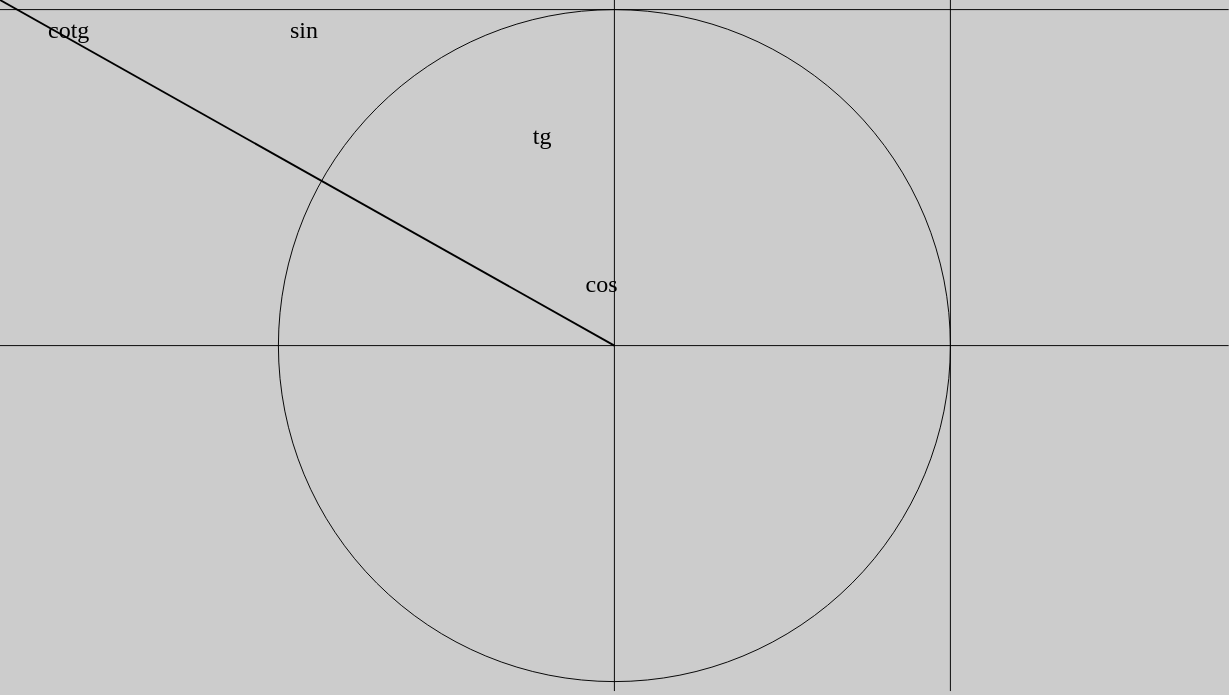
Repository: BraynStorm/braynstorm.github.io
Page: http://localhost/
The author's editor kept a copy of each file at every save. The page is drawn from the files as they stood at one save, then again after the next save.
The browser window is 1280 px wide. The pictures show the whole page, at 96% of full size.
The page is run by PHP 8.4 with error messages shown; the project is at /var/www/html/.

Above is the page before, as saved 2015-02-24 16:14:58.

### JSDrawing/index.php
<!DOCTYPE html>
<html>
	<head>
		<meta charset="UTF-8">
		<title>Insert title here</title>
		<link rel="stylesheet" type="text/css" href="main.css"/>
		<script type="text/javascript" src="js/jquery-2.1.3.min.js"></script>
		<script type="text/javascript" src="js/swgDrawing.js"></script>

	</head>
	<body>
		<div id="content">
			<svg width="1000" height="1000">
				<circle id="mainCircle" cx="300" cy="300" r="250" fill="none" stroke="black" />
				<line x1="300" y1="0" x2="300" y2="600" style="stroke:rgb(0,0,0);stroke-width:1;" id="sinLine" />
				<line x1="0" y1="300" x2="600" y2="300" style="stroke:rgb(0,0,0);stroke-width:1;" id="cosLine" />

				<line x1="550" y1="0" x2="550" y2="600" style="stroke:rgb(0,0,0);stroke-width:1;" id="tgLine" />
				<line x1="0" y1="50" x2="600" y2="50" style="stroke:rgb(0,0,0);stroke-width:1;" id="cotgLine" />

				<text x="610" y="304" style="font-size:25px;">cos</text>
				<text x="302" y="40" style="font-size:25px;">sin</text>
				<text x="555" y="150" style="font-size:25px;">tg</text>
				<text x="50" y="40" style="font-size:25px;">cotg</text>


				<!--  THE ANGLE -->

				<line id="angle" x1="300" y1="300" x2="0" y2="0" style="stroke:rgb(0,0,0);stroke-width:2;" />


			</svg>

			<input type="text" value="30" id="angleBox" />
		</div>
	</body>
</html>

### JSDrawing/main.css
@CHARSET "UTF-8";

body{
	background-color: #CCC;
	padding: 0;
	margin: 0;
	overflow: hidden;
}

svg{
	margin-top: 0px;
}

#angleBox{
	position: fixed;
	bottom: 10px;
}

### JSDrawing/js/swgDrawing.js
$(document).ready(function (){
	var box			= $("#angleBox");
	var beginX		= window.innerWidth/2;
	var beginY		= window.innerHeight/2;


	var radius		= 350;

	var svg			= $('svg');

	var circle		= $('#mainCircle');

	var sinLine 	= $("#sinLine");
	var cosLine		= $("#cosLine");
	var tgLine		= $("#tgLine");
	var cotgLine	= $("#cotgLine");
	var angleArm	= $("#angle");


	svg.css({
		width:  window.innerWidth,
		height: window.innerHeight
	});

	circle.attr({
		cx : beginX,
		cy : beginY,
		r : radius
	});

	sinLine.attr({
		x1: beginX,
		y1: 0,
		x2: beginX,
		y2: window.innerHeight
	});


	cosLine.attr({
		x1: 0,
		y1: beginY,
		x2: window.innerWidth,
		y2: beginY
	});


	tgLine.attr({
		x1: beginX + radius,
		y1: 0,
		x2: beginX + radius,
		y2: window.innerHeight
	});

	cotgLine.attr({
		x1: 0,
		y1: beginY - radius,
		x2: window.innerWidth,
		y2: beginY - radius
	});

	angleArm.attr({
		x1: beginX,
		y1: beginY
	});

	var angle = 0;


	var animator;

	$("#angleBox").keydown(function (){
		var angle = parseInt(box.val());
		var radians = (Math.PI * 2) * (angle % 360) / 360 ;
		angleArm.animate({
			x2: beginX + (Math.cos(radians) * radius),
			y2: beginY - (Math.sin(radians) * radius)
		},500);
	});


	//animateAngle();

	function animateAngle(){
		var toAngle = parseInt(box.val());

		if(angle-toAngle > 0){
			angle -= 1;
		}else if (angle-toAngle < 0){
			angle += 1;
		}else{

		}
		var radians = (Math.PI * 2) * (angle % 360) / 360 ;

		x = beginX + (Math.cos(radians) * radius);
		y = beginY - (Math.sin(radians) * radius);


		angleArm.attr("x2", x);
		angleArm.attr("y2", y);

		animator = setTimeout(animateAngle, 10/Math.abs(angle-toAngle));
	}

});

Loaded but not shown: JSDrawing/js/jquery-2.1.3.min.js (library)

After the next save:
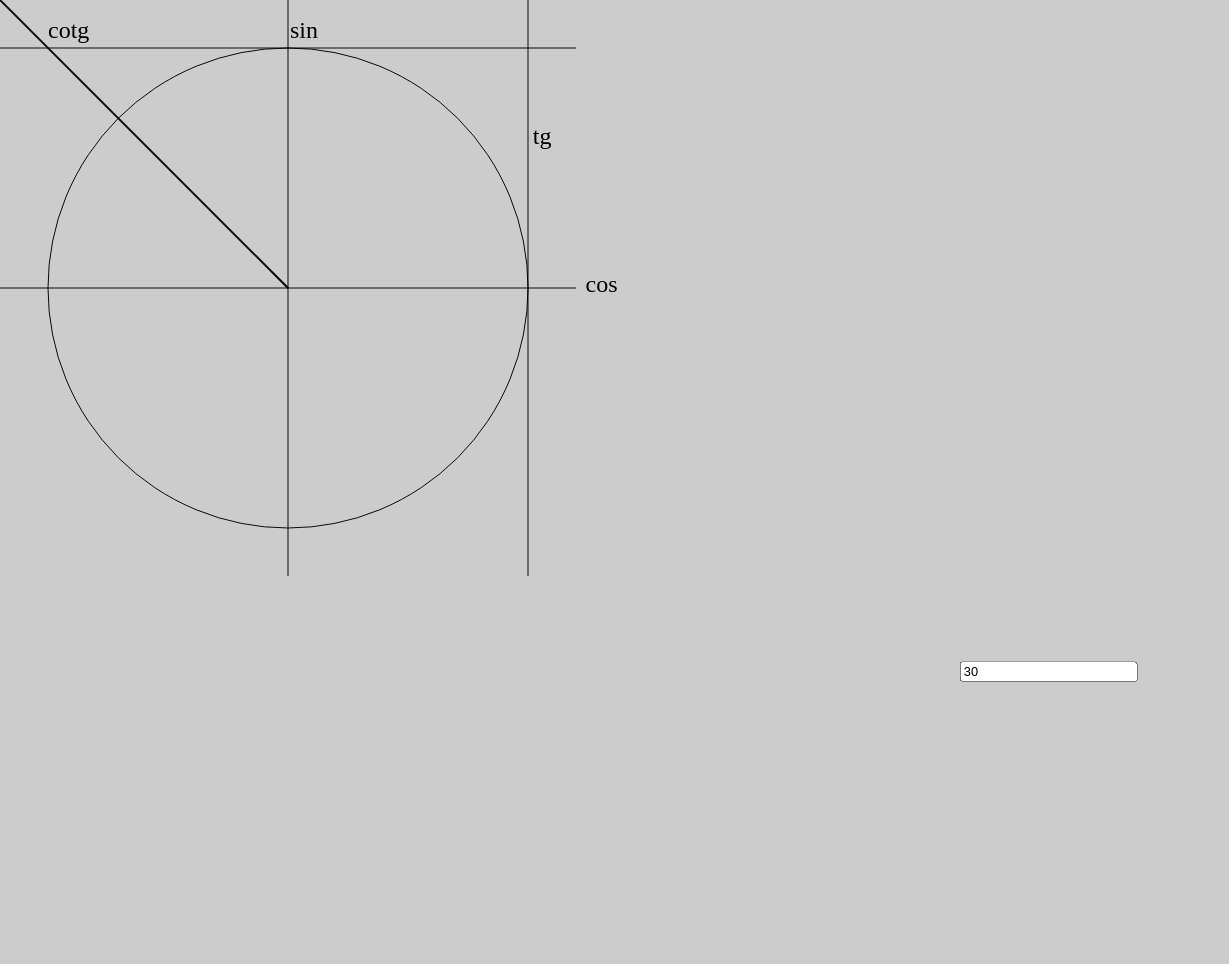
Console error: SyntaxError: Unexpected token ':'
Saved 2 min 59 s later.
--- a/JSDrawing/js/swgDrawing.js
+++ b/JSDrawing/js/swgDrawing.js
@@ -71,10 +71,12 @@
 	$("#angleBox").keydown(function (){
 		var angle = parseInt(box.val());
 		var radians = (Math.PI * 2) * (angle % 360) / 360 ;
-		angleArm.animate({
-			x2: beginX + (Math.cos(radians) * radius),
-			y2: beginY - (Math.sin(radians) * radius)
-		},500);
+		angleArm.animate({},{
+			step: function (){
+				x2: beginX + (Math.cos(radians) * radius),
+				y2: beginY - (Math.sin(radians) * radius)
+			}
+		});
 	});
 
 

After the save that followed:
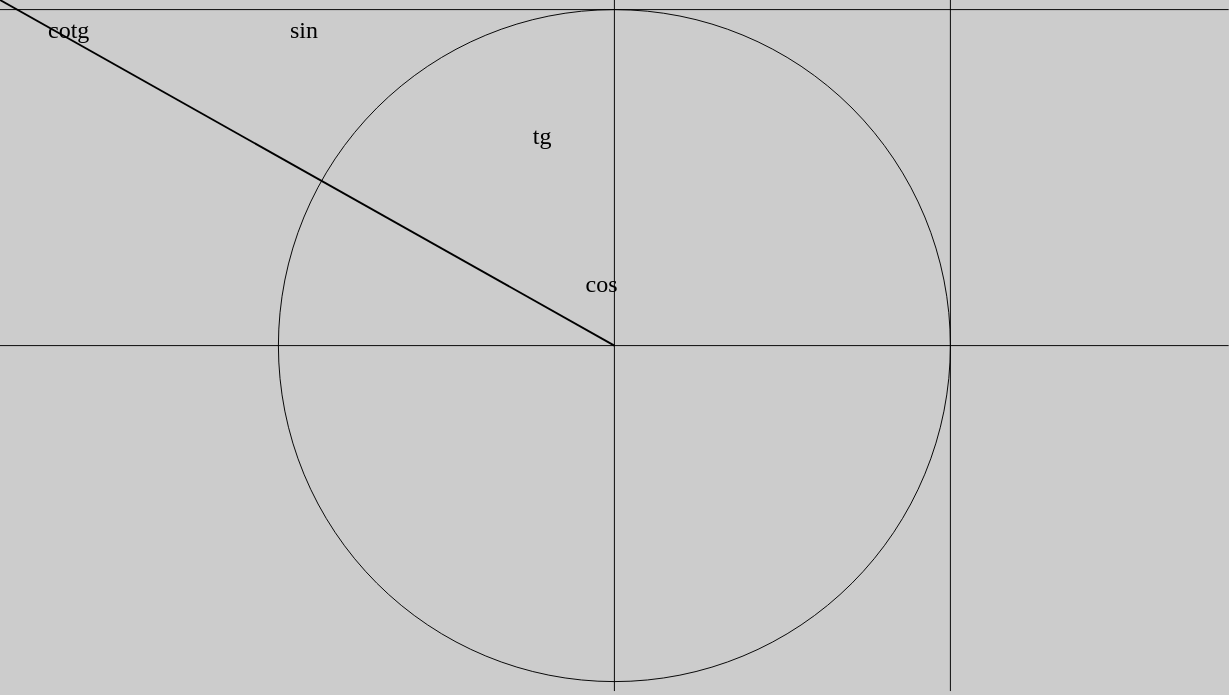
The error is gone.
Saved 33 s later.
--- a/JSDrawing/js/swgDrawing.js
+++ b/JSDrawing/js/swgDrawing.js
@@ -73,8 +73,8 @@
 		var radians = (Math.PI * 2) * (angle % 360) / 360 ;
 		angleArm.animate({},{
 			step: function (){
-				x2: beginX + (Math.cos(radians) * radius),
-				y2: beginY - (Math.sin(radians) * radius)
+				$(this).attr("x2", beginX + (Math.cos(radians) * radius));
+				$(this).attr("y2", beginY - (Math.sin(radians) * radius));
 			}
 		});
 	});
